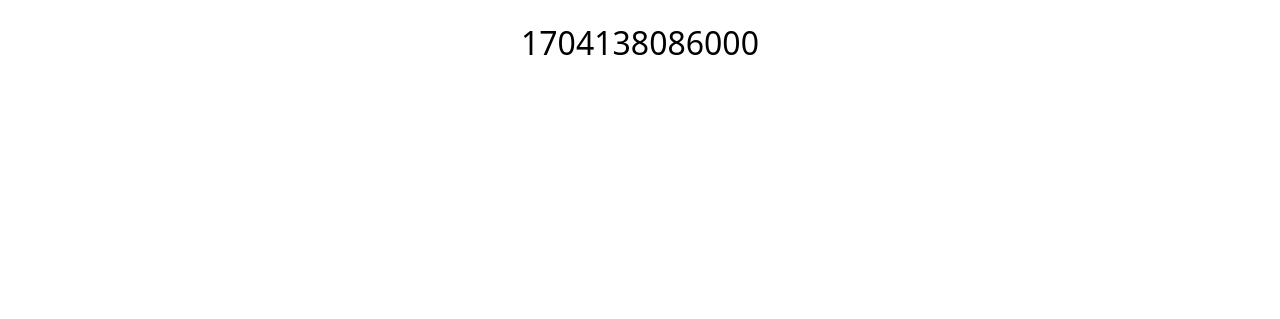
Repository: end888160/end888160.github.io
Page: just_time.html
An editor plug-in stored every save of this project. The page is shown before and after the next save, followed by the edit.
The browser window is 1280 px wide. The pictures show the whole page.
Some web fonts or font styles are not loaded; a fallback is used.

Above is the page before, as saved 2024-09-21 22:11:17.

### just_time.html
<!DOCTYPE html>
<html>
<head>
	<link rel="preconnect" href="https://fonts.googleapis.com">
	<link rel="preconnect" href="https://fonts.gstatic.com" crossorigin>
	<link href="https://fonts.googleapis.com/css2?family=Linefont:wght@4..1000&display=swap" rel="stylesheet">
<style>

h1 {
	text-align: center;
	font-size: xx-large;
	font-family: "Linefont", system-ui;
  font-optical-sizing: auto;
  font-weight: 100;
  font-style: normal;
  font-variation-settings:
    "wdth" 200;
}
@media (prefers-color-scheme: light) {
		html {
		background-color: white;
		color: black;
		}
	}
	@media (prefers-color-scheme: dark) {
		html {
		background-color: black;
		color: white;
		}
	}
</style>
</head>
<body>
<h1 id="time"></h1>
<script>
	function clock() {
	document.getElementById("time").innerHTML = new Date().getTime();
	setTimeout(clock, 1);
	}
	clock()
</script>
</body>
</html>

After the next save:
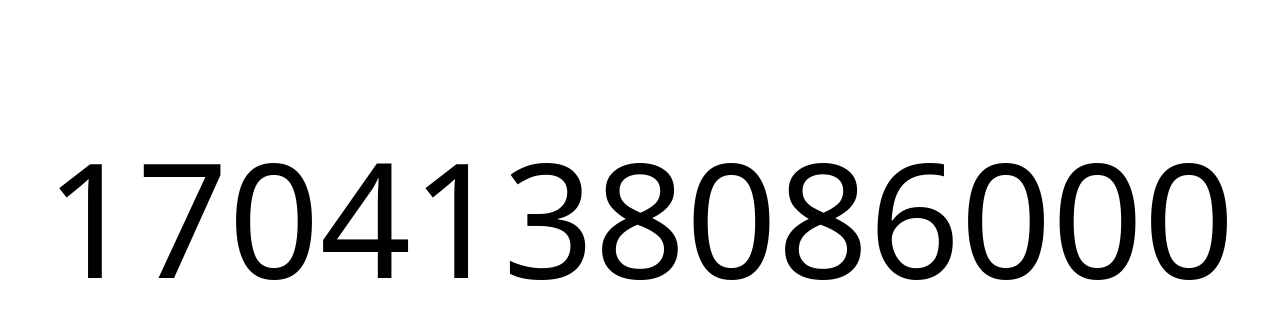
Saved 31 s later.
--- a/just_time.html
+++ b/just_time.html
@@ -8,7 +8,7 @@
 
 h1 {
 	text-align: center;
-	font-size: xx-large;
+	font-size: 1000%;
 	font-family: "Linefont", system-ui;
   font-optical-sizing: auto;
   font-weight: 100;
